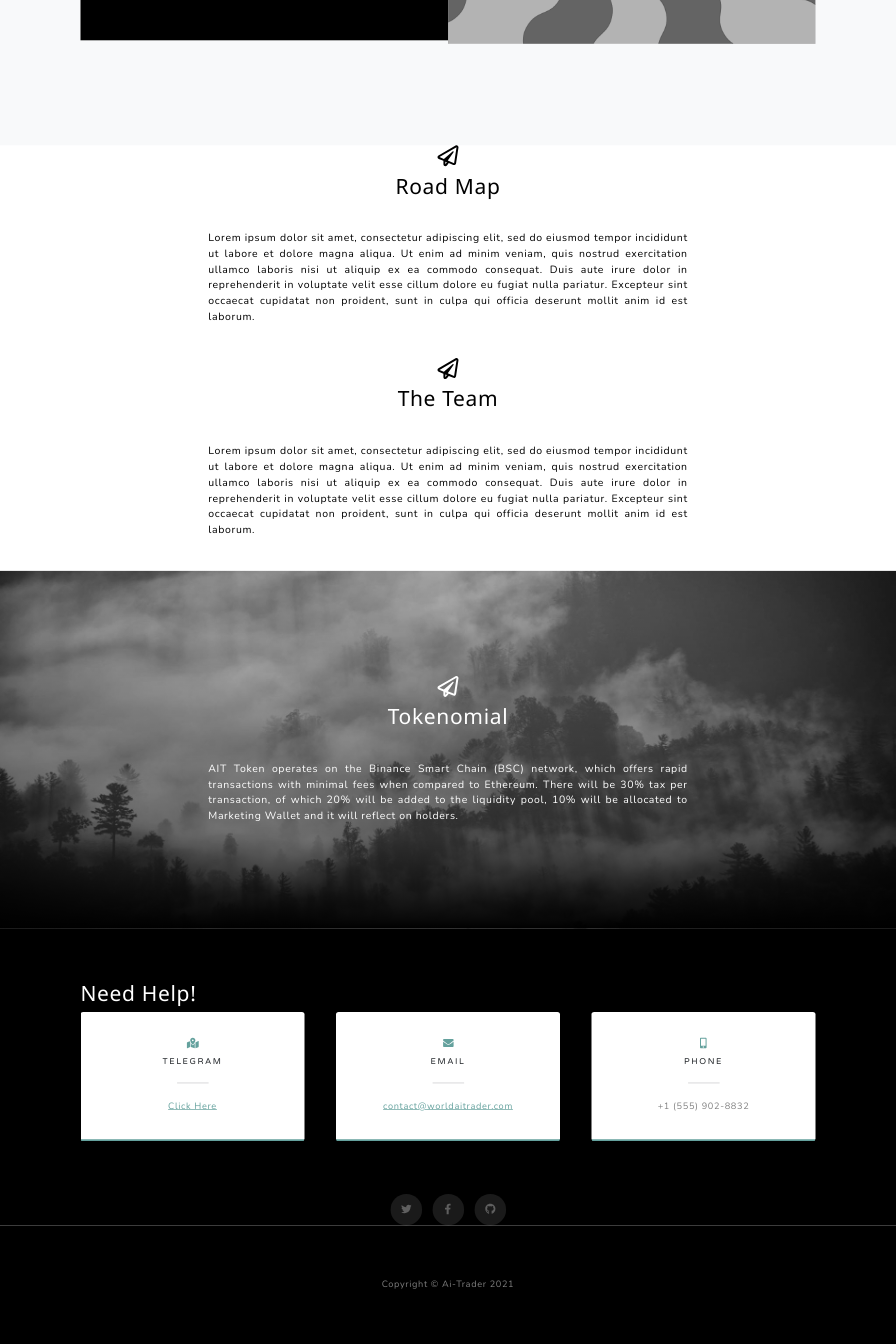
Repository: seyicoded/ico_one
Page: index.html
An editor plug-in stored every save of this project. The page is shown before and after the next save, followed by the edit.
The browser window is 1280 px wide. The pictures show the part of the page from y = 2792 to 4712 px (the page is 4712 px tall before and 4638 px after), at 70% of full size.

Above is the page before, as saved 2022-03-06 15:02:46.

After the next save:
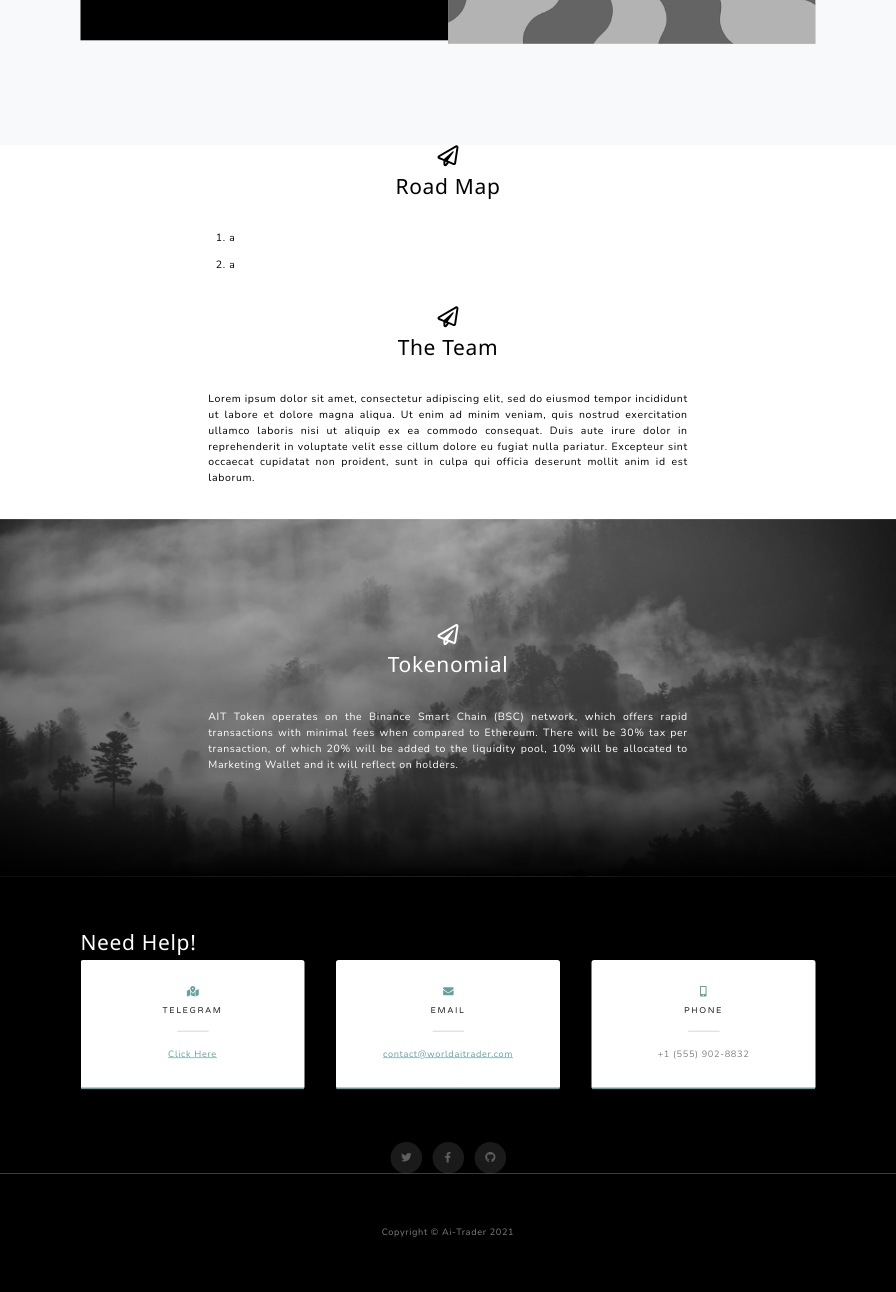
Saved 38 s later.
--- a/index.html
+++ b/index.html
@@ -169,7 +169,10 @@
                         <h2 class="text-white mb-5">Road Map</h2>
 
                         <div style="color: white; text-align: justify;">
-                            Lorem ipsum dolor sit amet, consectetur adipiscing elit, sed do eiusmod tempor incididunt ut labore et dolore magna aliqua. Ut enim ad minim veniam, quis nostrud exercitation ullamco laboris nisi ut aliquip ex ea commodo consequat. Duis aute irure dolor in reprehenderit in voluptate velit esse cillum dolore eu fugiat nulla pariatur. Excepteur sint occaecat cupidatat non proident, sunt in culpa qui officia deserunt mollit anim id est laborum.
+                            <ol class="w3-ol">
+                                <li>a</li>
+                                <li>a</li>
+                            </ol>
                         </div>
 
                     </div>
